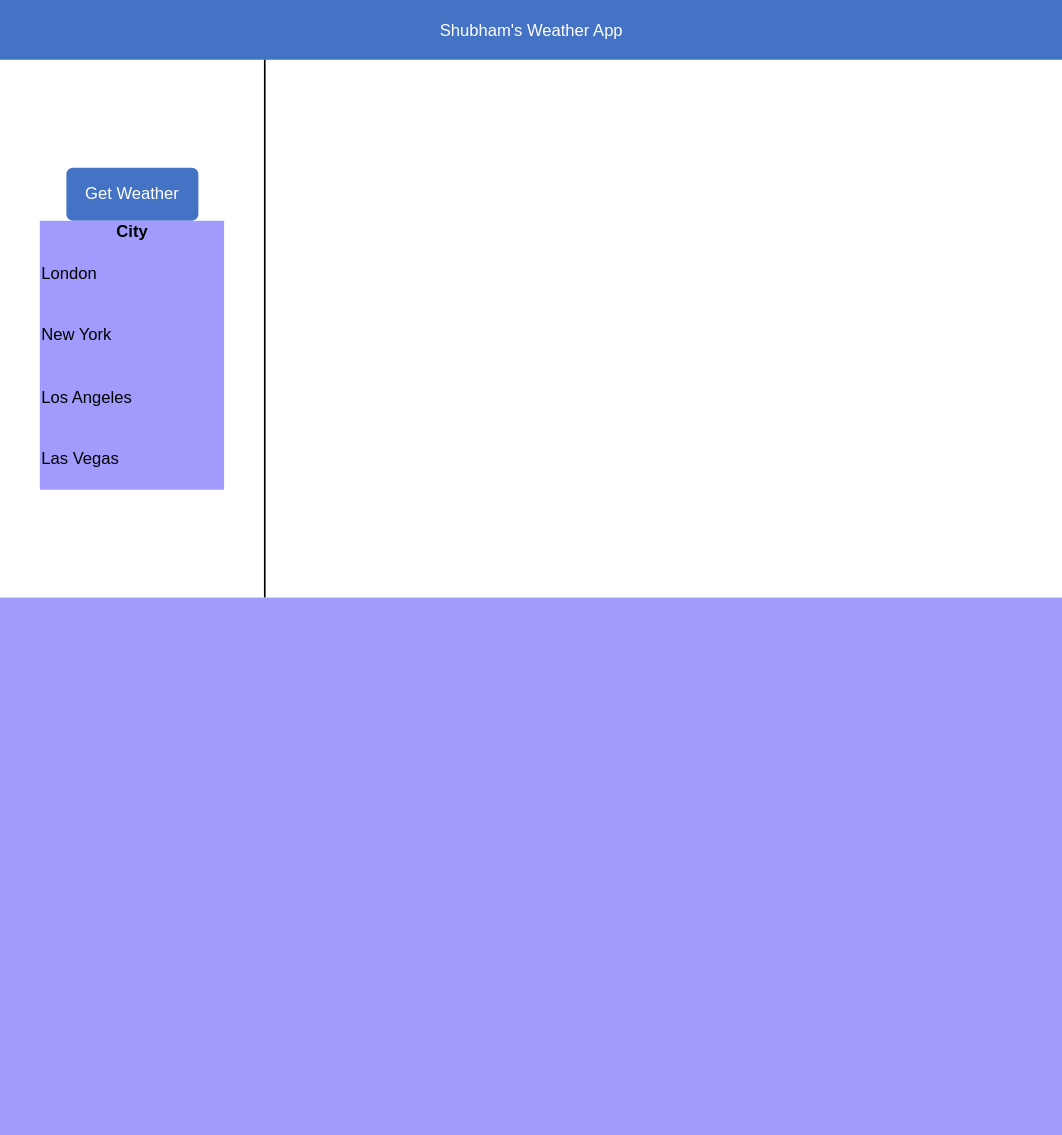
Repository: hey-shubham/WeatherAPI
Page: index.html
An editor plug-in stored every save of this project. The page is shown before and after the next save, followed by the edit.
The browser window is 1280 px wide. The pictures show the whole page, at 83% of full size.

Above is the page before, as saved 2022-03-28 20:38:51.

After the next save:
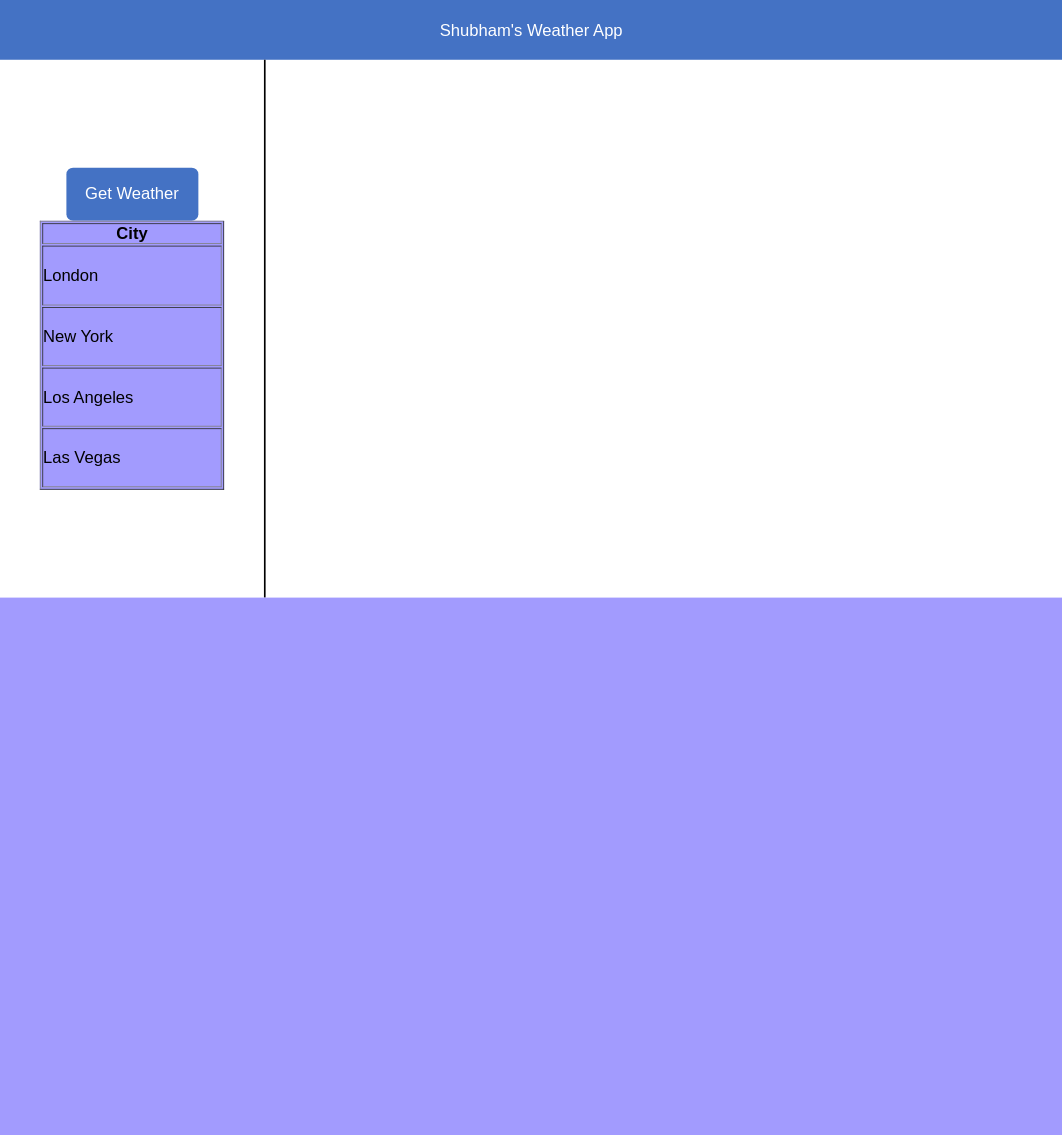
Saved 9 s later.
--- a/index.html
+++ b/index.html
@@ -14,7 +14,7 @@
       <main>
         <aside>
           <button>Get Weather</button>
-          <table>
+          <table border="1">
             <thead>
               <tr>
                 <th>City</th>
